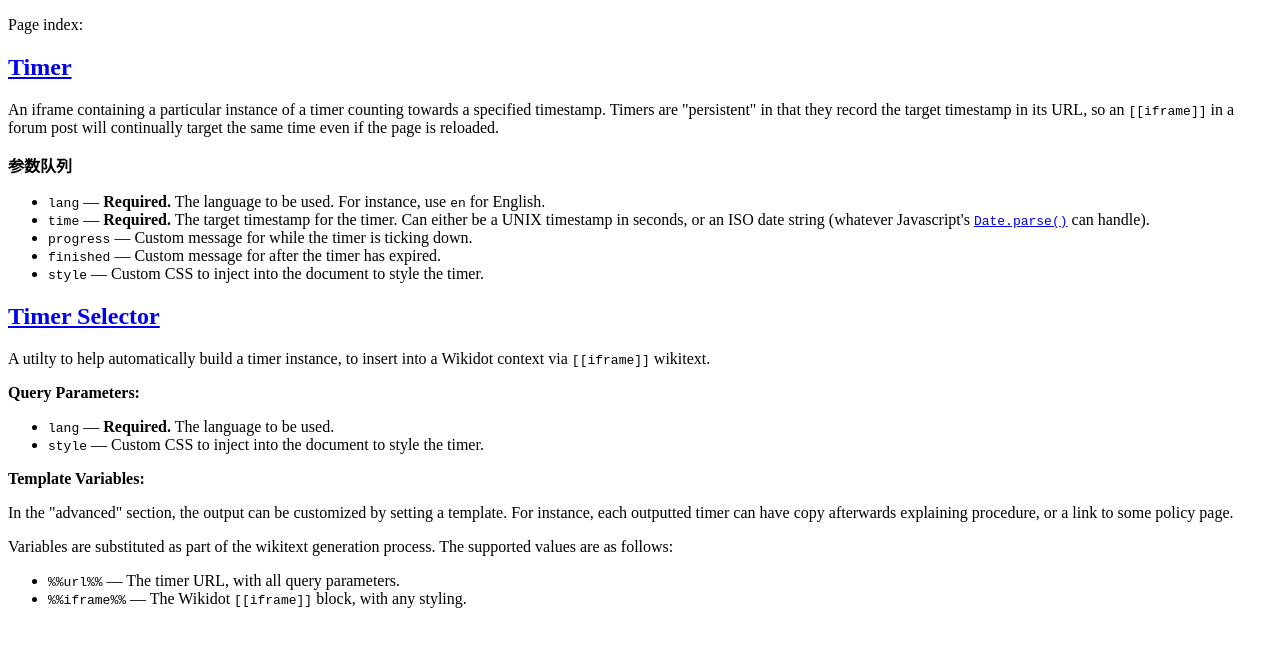
Repository: cirisus/ArknighTimer
Page: index.html
The author's editor kept a copy of each file at every save. The page is drawn from the files as they stood at one save, then again after the next save.
The browser window is 1280 px wide. The pictures show the whole page.

Above is the page before, as saved 2024-03-04 21:39:43.

After the next save:
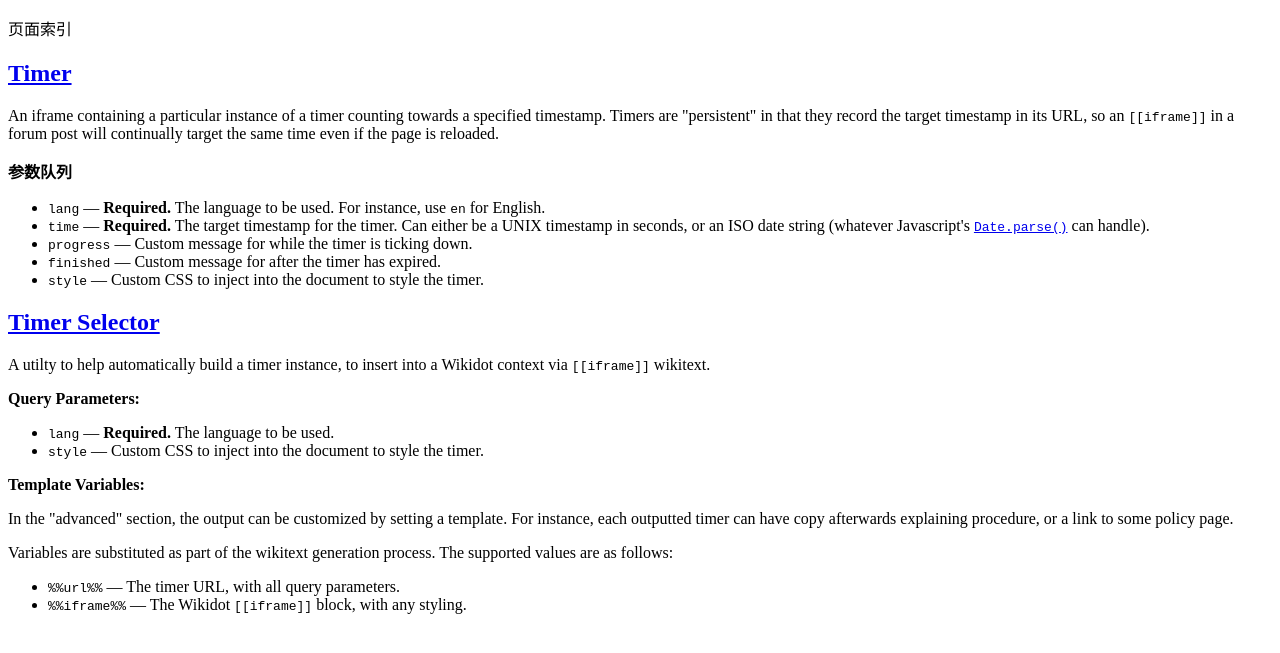
Saved 2 min 23 s later.
--- a/index.html
+++ b/index.html
@@ -8,7 +8,7 @@
 
   <body>
     <p>
-      Page index:
+       页面索引
     </p>
 
     <h2 id="timer"><a href="/ArknighTimer/timer.html">Timer</a></h2>
